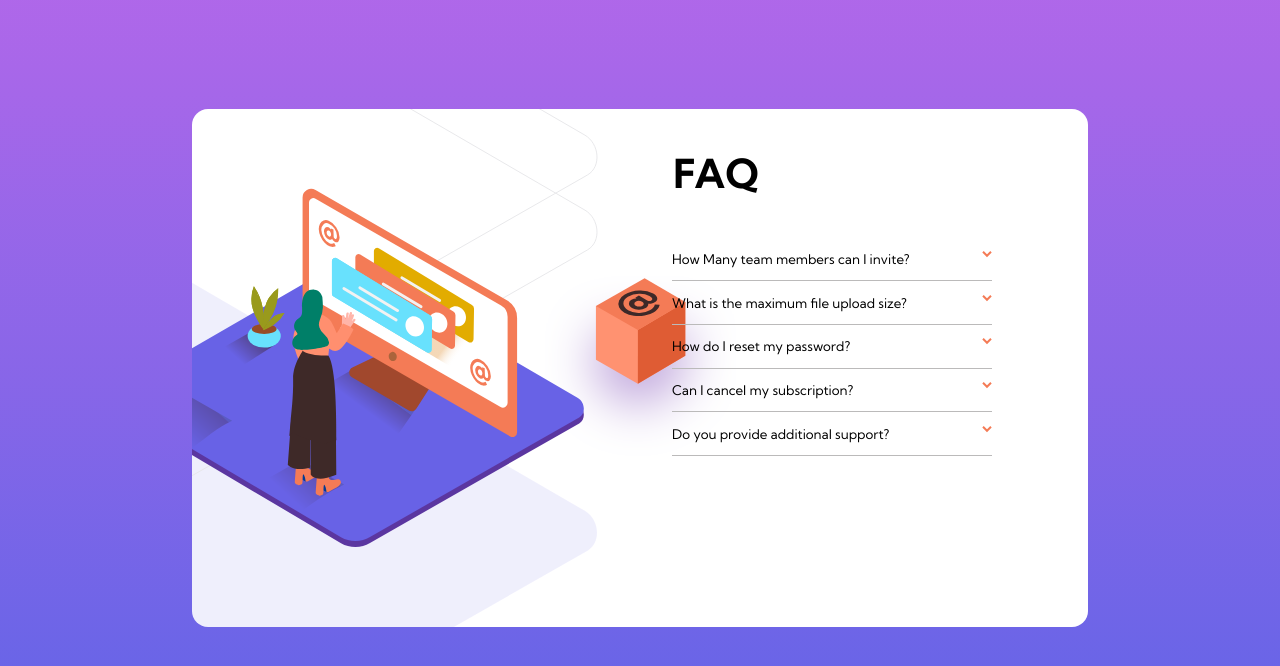
Repository: ryanwilll/ProjetoFAQ
Page: index.html
The author's editor kept a copy of each file at every save. The page is drawn from the files as they stood at one save, then again after a run of saves.
The browser window is 1280 px wide. The pictures show the whole page.

Above is the page before, as saved 2022-10-28 12:14:32.

After the next 2 saves:
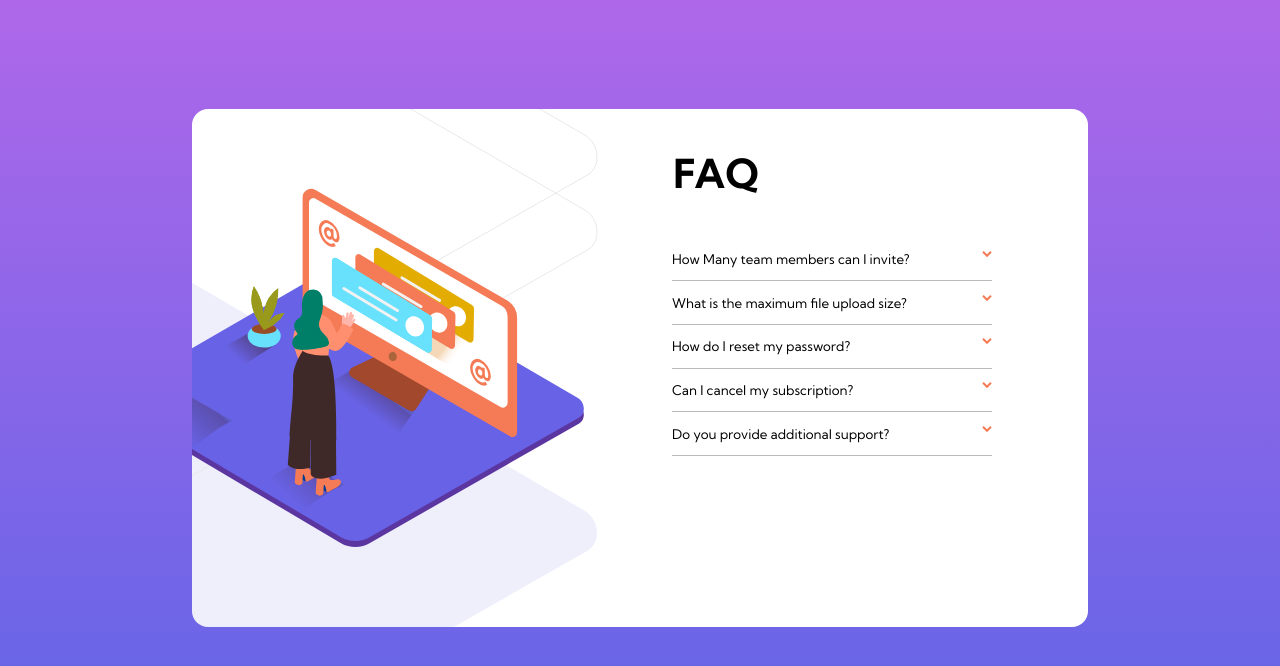
The 2 saves are shown as one change because they came seconds apart.
The last was saved 10 s later.
--- a/css/allmedia.css
+++ b/css/allmedia.css
@@ -143,7 +143,7 @@
     background: url(../images/illustration-woman-online-desktop.svg) center left -5em
         no-repeat,
       url(../images/bg-pattern-desktop.svg) bottom -11em left -35em no-repeat,
-      url(../images/illustration-box-desktop.svg) center no-repeat;
+      url(../images/illustration-box-desktop.svg) center left -23em no-repeat;
     background-color: white;
     /*background-image: url(../images/illustration-woman-online-desktop.svg);
     background-position: -5em center;
